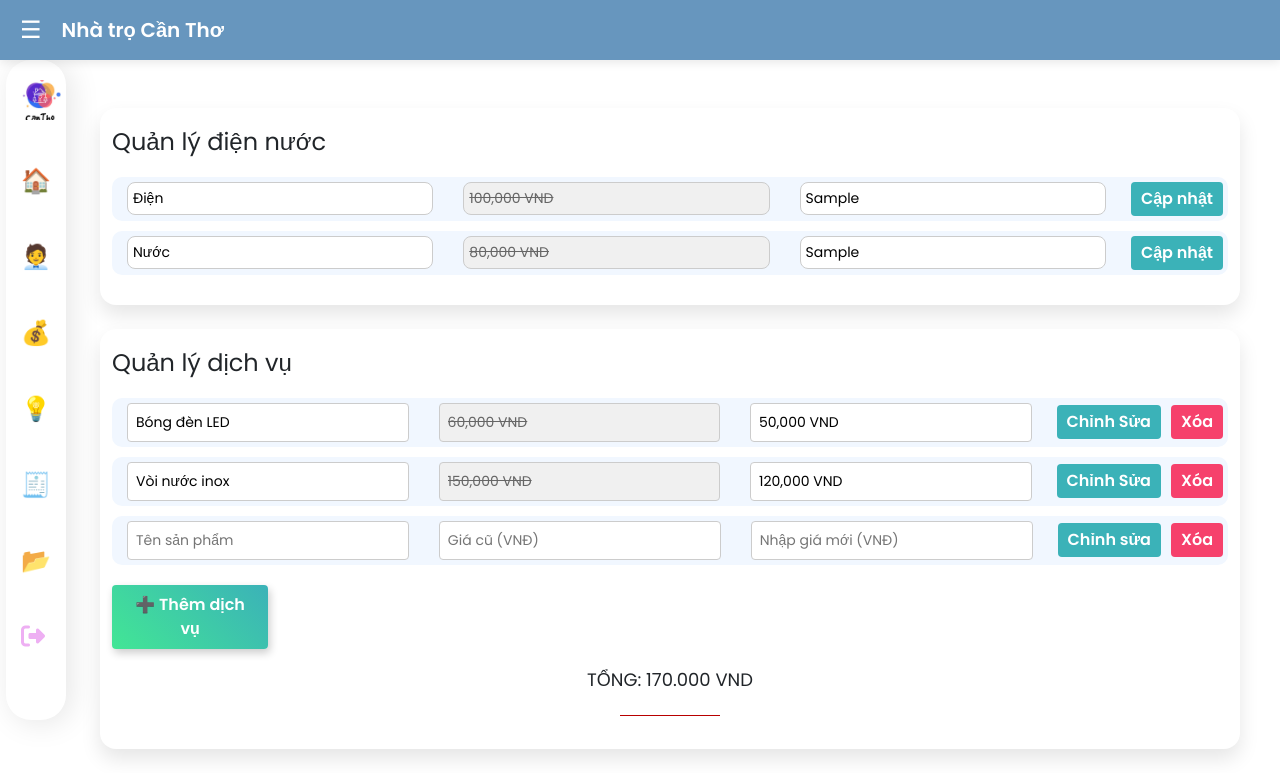
Repository: nhutty0402/DoAn02
Page: HTML/dichvu.html
The author's editor kept a copy of each file at every save. The page is drawn from the files as they stood at one save, then again after the next save.
The browser window is 1280 px wide. The pictures show the whole page.
Empty fields were first filled with sample values (such as "Sample", 5 or name@example.com).
After loading, the first visible `button.add-btn` was clicked once.

Above is the page before, as saved 2025-03-21 00:15:02.

### HTML/dichvu.html
<!DOCTYPE html>
<html>
<head>
    <meta charset="utf-8">
    <meta http-equiv="X-UA-Compatible" content="IE=edge">
    <title></title>
    <meta name="description" content="">
    <meta name="viewport" content="width=device-width, initial-scale=1">
    <link rel="stylesheet" href="../css/dichvu.css">

    <!-- CSS -->
    <link href="https://cdn.jsdelivr.net/npm/bootstrap@5.3.3/dist/css/bootstrap.min.css" rel="stylesheet" integrity="sha384-QWTKZyjpPEjISv5WaRU9OFeRpok6YctnYmDr5pNlyT2bRjXh0JMhjY6hW+ALEwIH" crossorigin="anonymous">
    <link href="https://fonts.googleapis.com/css2?family=Poppins:wght@300;400;600&display=swap" rel="stylesheet">
    <link rel="stylesheet" href="https://cdnjs.cloudflare.com/ajax/libs/font-awesome/6.4.2/css/all.min.css">

    <!-- JS -->
    <script src="https://cdnjs.cloudflare.com/ajax/libs/jquery/3.7.1/jquery.min.js" integrity="sha512-v2CJ7UaYy4JwqLDIrZUI/4hqeoQieOmAZNXBeQyjo21dadnwR+8ZaIJVT8EE2iyI61OV8e6M8PP2/4hpQINQ/g==" crossorigin="anonymous" referrerpolicy="no-referrer"></script>
    <script src="https://cdn.jsdelivr.net/npm/@popperjs/core@2.11.8/dist/umd/popper.min.js" integrity="sha384-I7E8VVD/ismYTF4hNIPjVp/Zjvgyol6VFvRkX/vR+Vc4jQkC+hVqc2pM8ODewa9r" crossorigin="anonymous"></script>
    <script src="https://cdn.jsdelivr.net/npm/bootstrap@5.3.3/dist/js/bootstrap.min.js" integrity="sha384-0pUGZvbkm6XF6gxjEnlmuGrJXVbNuzT9qBBavbLwCsOGabYfZo0T0to5eqruptLy" crossorigin="anonymous"></script>
</head>

<body>
    <header class="header">
        <div class="menu-toggle">☰</div>
        <div class="header-title">Nhà trọ Cần Thơ</div>
    </header>

    <div class="sidebar">
        <div class="logo_content">
            <div class="logo">
                <div class="icon">
                    <img src="../imag/moi.jpg" alt="Logo">
                </div>
                <div class="logo_name">Xin chào, admin</div>
            </div>
        </div>
        <ul class="nav_list">
            <li><a href="menu.html"><span class="icon">🏠</span><span class="link_name">Trang chủ</span></a></li>
            <li><a href="Quanlykhachhang.html"><span class="icon">🧑‍💼</span><span class="link_name">Quản lý khách hàng</span></a></li>
            <li><a href="doanhthu.html"><span class="icon">💰</span><span class="link_name">Doanh thu</span></a></li>
            <li><a href="dichvu.html"><span class="icon">💡</span><span class="link_name">Dịch vụ</span></a></li>
            <li><a href="hoadon.html"><span class="icon">🧾</span><span class="link_name">Hóa đơn</span></a></li>
            <li><a href="quanlihopdong.html"><span class="icon">📂</span><span class="link_name">Quản lý hợp đồng</span></a></li>
            <li><a href="dangxuat.html" class="logout-link"><span class="icon"><i class="fas fa-sign-out-alt"></i></span><span class="link_name">Đăng Xuất</span></a></li>
        </ul>
    </div>

    <div class="content flex-grow-1 p-4">
        <div class="topbar d-flex justify-content-between align-items-center mb-4"></div>

        <!-- Quản lý điện nước -->
        <div class="container">
            <div class="cf-title-03">
                <h3>Quản lý điện nước</h3>
            </div>
            <div id="product-list">
                <!-- Sản phẩm mẫu được thêm trực tiếp trong HTML -->
                <div class="product">
                    <input type="text" value="Điện" placeholder="Tên sản phẩm" readonly>
                    <input type="text" value="100,000 VND" placeholder="Giá cũ (VNĐ)" readonly class="old-price">
                    <input type="text" value="" placeholder="Nhập giá mới (VNĐ)" oninput="formatCurrency(this)">
                    <div class="btn-group">
                        <button class="update-btn" onclick="updateProduct(this)">Cập nhật</button>
                    </div>
                </div>
                <div class="product">
                    <input type="text" value="Nước" placeholder="Tên sản phẩm" readonly>
                    <input type="text" value="80,000 VND" placeholder="Giá cũ (VNĐ)" readonly class="old-price">
                    <input type="text" value="" placeholder="Nhập giá mới (VNĐ)" oninput="formatCurrency(this)">
                    <div class="btn-group">
                        <button class="update-btn" onclick="updateProduct(this)">Cập nhật</button>
                    </div>
                </div>
            </div>
        </div><br>

        <!-- Quản lý dịch vụ -->
        <div class="container">
            <div class="cf-title-03">
                <h3>Quản lý dịch vụ</h3>
            </div>
            <div id="service-list">
                <!-- Dịch vụ mẫu được thêm trực tiếp trong HTML -->
                <div class="service">
                    <input type="text" value="Bóng đèn LED" placeholder="Tên sản phẩm" readonly class="product-name">
                    <input type="text" value="60,000 VND" placeholder="Giá cũ (VNĐ)" readonly class="old-price">
                    <input type="text" value="50,000 VND" placeholder="Nhập giá mới (VNĐ)" readonly class="new-price">
                    <div class="btn-group">
                        <button class="update-btn" onclick="updateService(this)">Chỉnh Sửa</button>
                        <button class="delete-btn" onclick="deleteService(this)">Xóa</button>
                    </div>
                </div>
                <div class="service">
                    <input type="text" value="Vòi nước inox" placeholder="Tên sản phẩm" readonly class="product-name">
                    <input type="text" value="150,000 VND" placeholder="Giá cũ (VNĐ)" readonly class="old-price">
                    <input type="text" value="120,000 VND" placeholder="Nhập giá mới (VNĐ)" readonly class="new-price">
                    <div class="btn-group">
                        <button class="update-btn" onclick="updateService(this)">Chỉnh Sửa</button>
                        <button class="delete-btn" onclick="deleteService(this)">Xóa</button>
                    </div>
                </div>
            </div>
            <button class="add-btn" onclick="addService()">➕ Thêm dịch vụ</button>
            <div class="cf-title-01">
                <h6>TỔNG: <span id="total-price">0 VND</span></h6>
            </div>
        </div>

    <!-- JavaScript -->
    <script>
        const toggle = document.querySelector('.menu-toggle');
        const sidebar = document.querySelector('.sidebar');
        toggle.addEventListener('click', () => {
            sidebar.classList.toggle('active');
        });

        function formatCurrency(input) {
            let value = input.value.replace(/\D/g, '');
            if (value === '') {
                input.value = '';
                return;
            }
            let number = parseInt(value, 10);
            input.value = number.toLocaleString('vi-VN') + ' VND';
        }

        function addService(name = "", price = "", oldPrice = "") {
            let serviceList = document.getElementById("service-list");
            let serviceDiv = document.createElement("div");
            serviceDiv.classList.add("service");
            serviceDiv.innerHTML = `
                <input type="text" value="${name}" placeholder="Tên sản phẩm">
                <input type="text" value="${oldPrice ? parseInt(oldPrice).toLocaleString('vi-VN') + ' VND' : ''}" placeholder="Giá cũ (VNĐ)" readonly class="old-price">
                <input type="text" value="${price}" placeholder="Nhập giá mới (VNĐ)" oninput="formatCurrency(this)">
                <div class="btn-group">
                    <button class="update-btn" onclick="updateService(this)">Cập nhật</button>
                    <button class="delete-btn" onclick="deleteService(this)">Xóa</button>
                </div>
            `;
            serviceList.appendChild(serviceDiv);
        }

        function updateProduct(button) {
            let productDiv = button.closest(".product");
            let inputs = productDiv.querySelectorAll("input");
            if (button.innerText === "Cập nhật") {
                let name = inputs[0].value.trim();
                let price = inputs[2].value.trim().replace(/\D/g, '');
                if (name === "" || price === "") {
                    alert("Vui lòng nhập đầy đủ thông tin!");
                    return;
                }
                inputs[0].setAttribute("readonly", true);
                inputs[2].setAttribute("readonly", true);
                button.innerText = "Chỉnh sửa";
                button.classList.remove("update-btn");
                button.classList.add("edi-btn");
                alert(`Cập nhật thành công: ${name} - ${inputs[2].value}`);
            } else {
                inputs[0].removeAttribute("readonly");
                inputs[2].removeAttribute("readonly");
                button.innerText = "Cập nhật";
                button.classList.remove("edi-btn");
                button.classList.add("update-btn");
            }
        }

        function updateService(button) {
            let serviceDiv = button.closest(".service");
            let inputs = serviceDiv.querySelectorAll("input");
            if (button.innerText === "Cập nhật") {
                let name = inputs[0].value.trim();
                let price = inputs[2].value.trim().replace(/\D/g, '');
                if (name === "" || price === "") {
                    alert("Vui lòng nhập đầy đủ thông tin!");
                    return;
                }
                inputs[0].setAttribute("readonly", true);
                inputs[2].setAttribute("readonly", true);
                button.innerText = "Chỉnh sửa";
                button.classList.remove("update-btn");
                button.classList.add("edi-btn");
                alert(`Cập nhật thành công: ${name} - ${inputs[2].value}`);
            } else {
                inputs[0].removeAttribute("readonly");
                inputs[2].removeAttribute("readonly");
                button.innerText = "Cập nhật";
                button.classList.remove("edi-btn");
                button.classList.add("update-btn");
            }
        }

        function deleteService(button) {
            if (confirm("Bạn có chắc muốn xóa sản phẩm này?")) {
                button.closest(".service").remove();
            }
        }
    </script>
    <!--Tính tổng-->
    <script>
        // Hàm tính tổng giá mới và hiển thị
        function calculateTotal() {
            const newPriceInputs = document.querySelectorAll('.new-price');
            let total = 0;

            newPriceInputs.forEach(input => {
                // Lấy giá trị từ input, loại bỏ " VND" và dấu phẩy
                const priceText = input.value.replace(' VND', '').replace(/,/g, '');
                const price = parseFloat(priceText) || 0; // Chuyển thành số, nếu không hợp lệ thì trả về 0
                total += price;
            });

            // Định dạng tổng với dấu phẩy và thêm " VND"
            const formattedTotal = total.toLocaleString('vi-VN') + ' VND';
            document.getElementById('total-price').textContent = formattedTotal;
        }

        // Hàm thêm dịch vụ mới
        function addService() {
            const serviceList = document.getElementById('service-list');
            const newService = document.createElement('div');
            newService.className = 'service';
            newService.innerHTML = `
                <input type="text" placeholder="Tên sản phẩm" class="product-name">
                <input type="text" placeholder="Giá cũ (VNĐ)" class="old-price">
                <input type="text" placeholder="Nhập giá mới (VNĐ)" class="new-price" oninput="calculateTotal()">
                <div class="btn-group">
                    <button class="update-btn" onclick="updateService(this)">Chỉnh sửa</button>
                    <button class="delete-btn" onclick="deleteService(this)">Xóa</button>
                </div>
            `;
            serviceList.appendChild(newService);
            calculateTotal(); // Cập nhật tổng sau khi thêm
        }

        // Hàm chỉnh sửa dịch vụ (giữ đơn giản, chỉ cho phép chỉnh sửa và lưu)
        function updateService(button) {
            const service = button.closest('.service');
            const inputs = service.querySelectorAll('input');
            const isReadOnly = inputs[0].hasAttribute('readonly');

            if (isReadOnly) {
                // Chuyển sang chế độ chỉnh sửa
                inputs.forEach(input => input.removeAttribute('readonly'));
                button.textContent = 'Cập Nhật';
            } else {
                // Chuyển về chế độ readonly
                inputs.forEach(input => input.setAttribute('readonly', true));
                button.textContent = 'Chỉnh sửa';
                calculateTotal(); // Cập nhật tổng sau khi lưu
            }
        }

        // Hàm xóa dịch vụ
        function deleteService(button) {
            const service = button.closest('.service');
            service.remove();
            calculateTotal(); // Cập nhật tổng sau khi xóa
        }

        // Tính tổng khi trang được tải
        window.onload = calculateTotal;
    </script>
</body>
</html>

### CSS/dichvu.css
/* Reset cơ bản */
* {
  margin: 0;
  padding: 0;
  box-sizing: border-box;
  font-family: 'Poppins', sans-serif;
}

/* Thiết lập body */
body {
  min-height: 100vh;
  background: #e7e7e7;
  display: flex;
  flex-direction: column;
}

/* Header ngang */
.header {
  width: 100%;
  height: 60px;
  background: #6796be;
  color: white;
  display: flex;
  align-items: center;
  padding: 0 20px;
  box-shadow: 0 2px 10px rgba(0, 0, 0, 0.1);
  position: fixed;
  top: 0;
  z-index: 1000;
}

.menu-toggle {
  font-size: 24px;
  cursor: pointer;
  margin-right: 20px;
}

.header-title {
  font-size: 20px;
  font-weight: 600;
}

/* Sidebar dọc */
.sidebar {
  position: fixed;
  top: 60px;
  left: 0;
  height: calc(100% - 60px);
  width: 60px;
  background: #fff;
  margin-left: 6px;
  padding: 10px 5px;
  transition: width 0.3s ease;
  box-shadow: 5px 3px 30px rgba(0, 0, 0, 0.1);
  border-radius: 25px;
  z-index: 900;
}

.sidebar.active {
  width: 240px;
}

.logo_content {
  display: flex;
  align-items: center;
  height: 60px;
  padding: 0 10px;
}

.logo {
  display: flex;
  align-items: center;
  gap: 10px;
}

.logo .icon img {
  width: 40px; /* Kích thước logo nhỏ hơn và đồng đều */
  height: 40px;
  object-fit: cover; /* Đảm bảo ảnh không bị méo */
}

.logo_name {
  font-size: 18px;
  font-weight: 700;
  opacity: 0;
  transition: opacity 0.3s ease;
}

.sidebar.active .logo_name {
  opacity: 1;
}

.nav_list {
  list-style: none;
  padding-left: 0;
  margin-top: 10px;
}

.nav_list li {
  display: flex;
  align-items: center;
  height: 50px; /* Giảm height để khoảng cách đều hơn */
  margin: 26px 0; /* Khoảng cách giữa các mục */
}

.nav_list li a {
  text-decoration: none;
  color: #333;
  display: flex;
  align-items: center;
  width: 100%;
  font-weight: 700;
  padding: 0 10px; /* Khoảng cách bên trong thẻ a */
  transition: font-weight 0.3s ease, transform 0.3s ease; /* Thêm transition cho hiệu ứng */
}
.nav_list li a:hover {
  transform: scale(1.05); /* Phóng to 5% khi hover */
}
.nav_list li .icon {
  font-size: 24px; /* Icon đồng đều kích thước */
  width: 40px; /* Đảm bảo icon căn đều */
  text-align: center;
}

.link_name {
  font-size: 16px;
  opacity: 0;
  transition: opacity 0.3s ease;
}

.sidebar.active .link_name {
  opacity: 1;
}

/* Nội dung chính */
.content {
  margin-top: 60px;
  margin-left: 60px;
  padding: 20px;
  flex-grow: 1;
  transition: margin-left 0.3s ease, width 0.3s ease;
  width: calc(100% - 60px);
  max-width: calc(100vw - 60px);
}

.sidebar.active ~ .content {
  margin-left: 240px;
  width: calc(100% - 240px);
  max-width: calc(100vw - 240px);
}

/* Thanh tìm kiếm */
.search-bar {
  display: flex;
  align-items: center;
  height: 38.5px;
  margin-left: auto;
  background-color: #fff;
  border-radius: 15px;
  padding: 5px;
  box-shadow: 0px 4px 6px rgba(0, 0, 0, 0.2);
  border: 2px solid #5E3582;
}

.search-bar input {
  border: none;
  outline: none;
  padding: 5px 10px;
  border-radius: 5px;
  font-size: 14px;
  width: 90px;
  transition: width 0.3s ease;
}

.search-bar input:focus {
  width: 270px;
}

.search-bar button {
  background-color: #eeaff3;
  border: none;
  color: #1c1919;
  padding: 5px 10px;
  height: 28px;
  border-radius: 10px;
  font-size: 14px;
  cursor: pointer;
  margin-left: 5px;
  transition: background-color 0.3s ease;
}

.search-bar button:hover {
  background-color: #f186f1;
}

/* Button group */
.button-group {
  display: flex;
  gap: 5px;
  padding-left: 10px;
}

.button-group .dathue:hover {
  background: rgb(167, 222, 214);
  color: black;
}

.button-group .phongtrong:hover {
  background: rgb(246, 237, 156);
  color: black;
}

.button-group .hientatca:hover {
  background: rgba(249, 205, 158, 0.952);
  color: black;
}

/* Đăng xuất */
.logout-link {
  display: flex;
  align-items: center;
  text-decoration: none;
  color: #1c1919;
  padding: 10px 15px;
  border-radius: 8px;
  transition: background-color 0.3s ease, transform 0.3s ease;
}
/* Đăng xuất */
.logout-link {
  display: flex;
  align-items: center;
  text-decoration: none;
  color: #1c1919;
  padding: 10px 15px;
  border-radius: 8px;
  transition: background-color 0.3s ease, transform 0.3s ease, font-weight 0.3s ease; /* Thêm transition cho font-weight */
}
.logout-link .icon {
  font-size: 24px; /* Đồng đều với các icon khác */
  width: 40px;
  text-align: center;
  color: #eeaff3;
  transition: transform 0.3s ease;
}

.logout-link .link_name {
  font-size: 16px;
  font-weight: 600;
}

.logout-link:hover {
  background-color: #f6cff3;
  transform: scale(1.05);
}

.logout-link:hover .icon {
  transform: rotate(-20deg);
  color: #d94bd3;
}



/* ====================================================================================================== */
/* ======================================THÂN============================================================= */
/* ========================================================================================================= */

@import url('https://fonts.googleapis.com/css2?family=Poppins:wght@300;400;600&display=swap');

/* body {
    font-family: 'Poppins', sans-serif;
    background: linear-gradient(135deg, #89f7fe, #66a6ff);
    padding: 20px;
    text-align: center;
} */

.container {
    max-width: 600px;
    margin: auto;
    background: white;
    padding: 20px;
    border-radius: 16px;
    box-shadow: 0 10px 20px rgba(0, 0, 0, 0.1);
}

/* h2 {
    color: #333;
    font-weight: 600;
    margin-bottom: 10px;
} */

.product {
    display: flex;
    justify-content: space-between;
    align-items: center;
    padding: 5px;
    border-radius: 10px;
    background: #f1f7ff;
    margin: 10px 0;
    transition: transform 0.1s ease-in-out;
}

.product:hover {
    transform: scale(1.01);
}

.product input {
    flex: 1;
    margin: 0 10px;
    padding: 8px;
    border: 1px solid #ccc;
    border-radius: 8px;
    font-size: 14px;
    transition: all 0.3s;
}

.product input:focus {
    border-color: #007bff;
    outline: none;
    box-shadow: 0 0 5px rgba(0, 123, 255, 0.3);
}

.btn-group {
    display: flex;
    gap: 8px;
}

button {
    border: none;
    cursor: pointer;
    padding: 8px 14px;
    font-size: 14px;
    transition: 0.3s;
    border-radius: 10px;
    font-weight: bold;
}

.update-btn {
    background:  #3bb2b8;
    color: white;
    border-radius: 12px;
}
.update-btn:hover{
  transform: scale(1.05);
}
.edi-btn {
    background:  #f2b876e8;
    color: white;
    border-radius: 12px;
}
.edi-btn:hover{
  transform: scale(1.05);
}
.delete-btn {
    background:  #f6416c;
    color: white;
    border-radius: 12px;
}
.delete-btn:hover{
  transform: scale(1.05);
}
.add-btn {
    width: 14%;
    font-size: 16px;
    padding: 12px;
    color: white;
    background: linear-gradient(45deg, #42e695, #3bb2b8);
    font-weight: bold;
    border-radius: 12px;
    box-shadow: 2px 4px 8px rgba(0, 0, 0, 0.2);
    transition: all 0.3s ease-in-out;
}

.add-btn:hover {
    transform: scale(1.05);
    box-shadow: 4px 6px 12px rgba(0, 0, 0, 0.3);
}
/* ============================================================================================== */
/* ===BẢNG DỊCH VỤ 2============================================================ */
/* =========================================================================================================== */
.service{
  display: flex;
  justify-content: space-between;
  align-items: center;
  padding: 5px;
  border-radius: 10px;
  background: #f1f7ff;
  margin: 10px 0;
  transition: transform 0.1s ease-in-out;
}

.service:hover {
  transform: scale(1.01);
}

.service input {
  flex: 1;
  margin: 0 10px;
  padding: 8px;
  border: 1px solid #ccc;
  border-radius: 8px;
  font-size: 14px;
  transition: all 0.3s;
}

.service input:focus {
  border-color: #007bff;
  outline: none;
  box-shadow: 0 0 5px rgba(0, 123, 255, 0.3);
}
/* ===================================================TỔNG======================================== */




.cf-title-01 h6 {
	text-align:center;
	text-transform:uppercase;
	padding-bottom:5px;
}
/* .cf-title-01 h6:before {
	width:28px;
	height:5px;
	display:block;
	content:"";
	position:absolute;
	bottom:3px;
	left:50%;
	margin-left:-14px;
	background-color:#b80000;
} */
.cf-title-01 h6:after {
	width:100px;
	height:1px;
	display:block;
	content:"";
	position:relative;
	margin-top:25px;
	left:50%;
	margin-left:-50px;
	background-color: #b80000;
}

.container {
  max-width: 800px;
  margin: 20px auto;
  padding: 20px;
}
.product, .service {
  display: flex;
  align-items: center;
  margin: 10px 0;
  gap: 10px;
}
input[type="text"] {
  padding: 5px;
  flex: 1;
}
input[readonly].old-price {
  background-color: #f0f0f0;
  color: #666;
  text-decoration: line-through;
}
.btn-group button {
  margin-left: 5px;
  padding: 5px 10px;
  cursor: pointer;
}
.add-btn {
  padding: 5px 10px;
  margin-top: 10px;
}
/* Tính tổng */
.container {
  max-width: 800px;
  margin: 0 auto;
  padding: 20px;
}

.cf-title-03 h3 {
  font-size: 24px;
  margin-bottom: 20px;
}

.service {
  display: flex;
  align-items: center;
  gap: 10px;
  margin-bottom: 10px;
}

.service input {
  padding: 8px;
  border: 1px solid #ccc;
  border-radius: 4px;
  width: 200px;
}

.btn-group {
  display: flex;
  gap: 5px;
}

.update-btn, .delete-btn, .add-btn {
  padding: 8px 15px;
  border: none;
  border-radius: 4px;
  cursor: pointer;
}



.cf-title-01 h6 {
  font-size: 18px;
  margin-top: 20px;
}

After the next save:
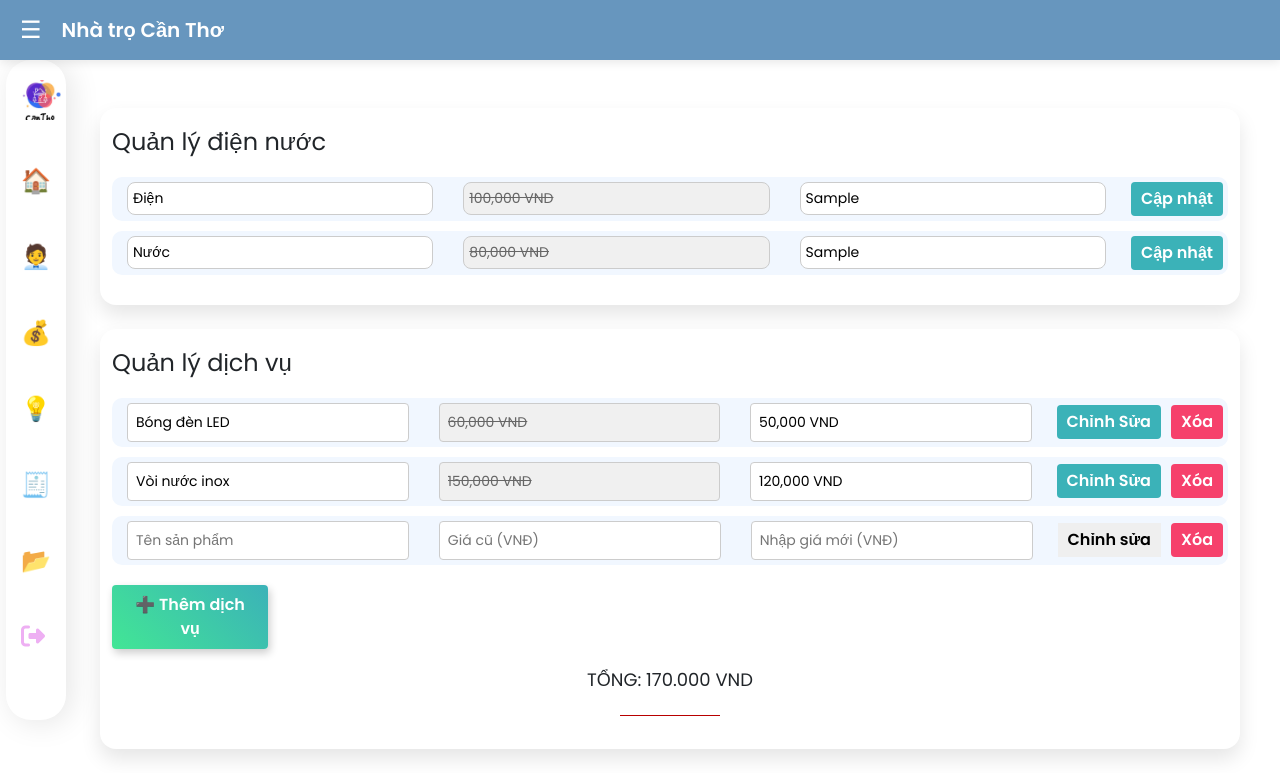
Saved 3 min 11 s later.
--- a/HTML/dichvu.html
+++ b/HTML/dichvu.html
@@ -225,7 +225,7 @@
                 <input type="text" placeholder="Giá cũ (VNĐ)" class="old-price">
                 <input type="text" placeholder="Nhập giá mới (VNĐ)" class="new-price" oninput="calculateTotal()">
                 <div class="btn-group">
-                    <button class="update-btn" onclick="updateService(this)">Chỉnh sửa</button>
+                    <button class="up-btn" onclick="updateService(this)">Chỉnh sửa</button>
                     <button class="delete-btn" onclick="deleteService(this)">Xóa</button>
                 </div>
             `;
